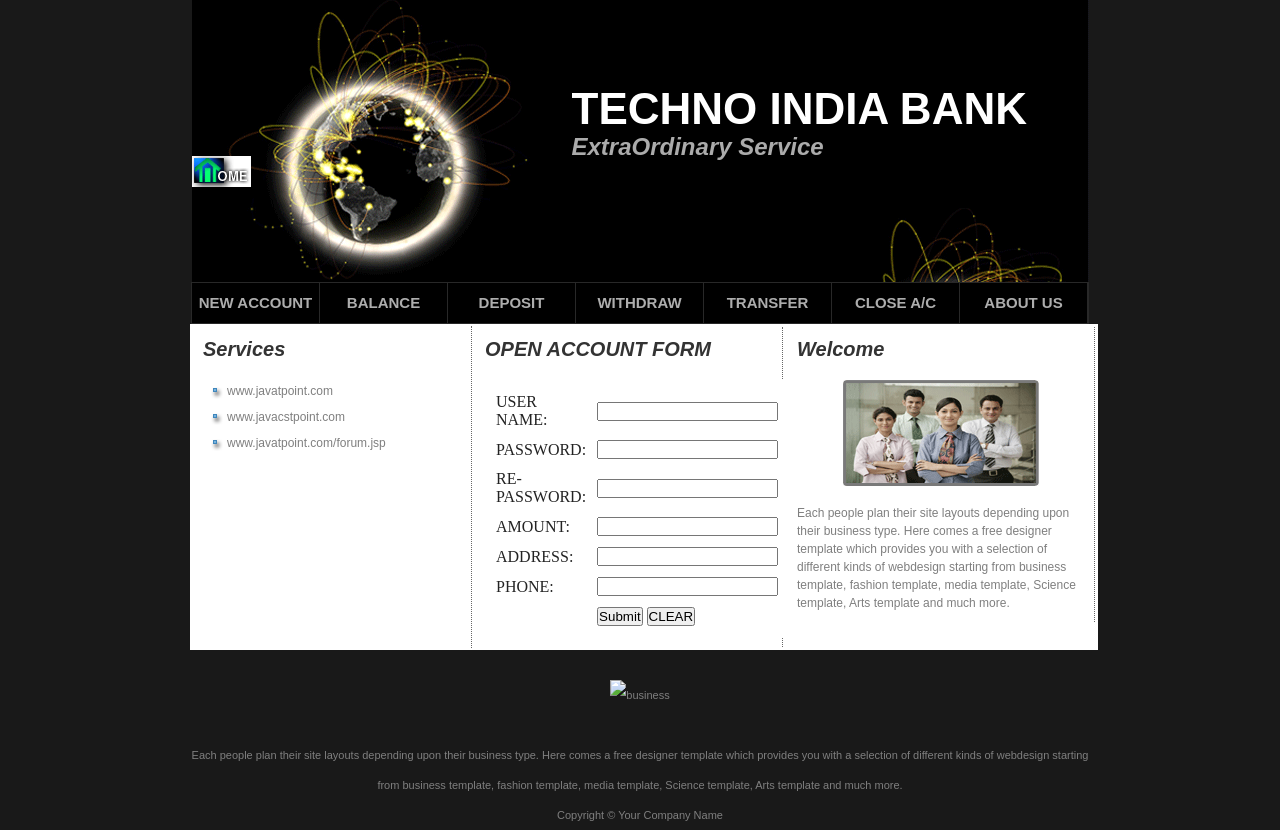
Repository: subhamsourabh265/collegeProjects
Page: OnlineBankingSystems/WebContent/create.html
An editor plug-in stored every save of this project. The page is shown before and after the next save, followed by the edit.
The browser window is 1280 px wide. The pictures show the whole page.

Above is the page before, as saved 2015-11-29 16:00:59.

### OnlineBankingSystems/WebContent/create.html



<!DOCTYPE HTML PUBLIC "-//W3C//DTD HTML 4.01 Transitional//EN" "http://www.w3.org/TR/html4/loose.dtd">
<html>
<head>
<SCRIPT LANGUAGE="JavaScript">
function dil(form)
{
  for(var i=0; i<3; i++)
   {
        if(!isNaN(form.elements[i].value))
		{
		   alert("This Field must be Char's")
		   form.elements[i].value=""
		   form.elements[i].focus()
		   return false
		}
   }
    if(document.F1.password.value!=document.F1.repassword.value)
    {
	   alert("Check Confirm PWD");
	   document.F1.repassword.value=""
	   document.F1.repassword.focus()
	   return false
	}


	if(!isNaN(document.F1.phone.value))
   {
	   if(document.F1.phone.value >9999999999 )
	   {
		 alert("ye kabhi nhi aayegi")
		 document.F1.phone.value=""
		 document.F1.phone.focus()
         return false
	   }
   }
   else
   {
       alert("This  field  must  be  number")
	   document.F1.phone.value=""
	   return false
   }




   if(!isNaN(document.F1.amount.value))
   {
	   if(document.F1.amount.value < 500)
	   {
		 alert("Minimum Balance should be 500 /-")
		 document.F1.amount.value=""
		 document.F1.amount.focus()
         return false
	   }
   }
   else
   {
       alert("This  field  must  be  number")
	   document.F1.amount.value=""
	   return false
   }



   for(var i=0; i<form.elements.length; i++)
   {
		if(form.elements[i].value == "")
		{
		   alert("Fill out all Fields")
		   document.F1.username.focus()
		   return false
		}
   }



   return true
   }
</SCRIPT>

<meta http-equiv="Content-Type" content="text/html; charset=utf-8">
<title>Online Banking ..</title>
<link href="style.css" rel="stylesheet" type="text/css">
<script type="text/javascript">
function ctck()
{
var sds = document.getElementById("dum");

}
</script>

</head>

<body>

<div id="top_links">


<div id="header">
	<h1>TECHNO  INDIA  BANK<span class="style1"></span></h1>
    <h2>ExtraOrdinary Service</h2>
    <A href="index.html"><IMG SRC="images/home1.gif"></IMG></A>
</div>

<div id="navigation">
    <ul>
    <li><a href="create.html">NEW ACCOUNT</a></li>
    <li><a href="balance1.jsp">BALANCE</a></li>
    <li><a href="deposit1.jsp">DEPOSIT</a></li>
    <li><a href="withdraw1.jsp">WITHDRAW</a></li>
    <li><a href="transfer1.jsp">TRANSFER</a></li>
    <li><a href="closeac1.jsp">CLOSE A/C</a></li>
    <li><a href="about.jsp">ABOUT US</a></li>
    </ul>
</div>



<table style="width:897px; background:#FFFFFF; margin:0 auto;">
<tr >
	<td width="300" valign="top" style="border-right:#666666 1px dotted;">
    	<div id="services"><h1>Services</h1><br>
		    <ul>
        	<li><a href="#">www.javatpoint.com</a></li>
            <li><a href="#">www.javacstpoint.com </a></li>
            <li><a href="#">www.javatpoint.com/forum.jsp</a></li>
            </ul>

       </div>
	</td>

    <td width="1200" valign="top">
    	<div id="welcome" style="border-right:#666666 1px dotted;"><h1>OPEN ACCOUNT FORM</h1><br>
    	    <table  align="center" bgcolor="white">
		<tr>

		</tr>
		<tr>
			<td>
				<form name=F1 onSubmit="return dil(this)" action="CreateServlet" >
				  <table cellspacing="5" cellpadding="3">

					<tr><td>USER NAME:</td><td> <input type="text" name="username"/></td></tr>
					<tr><td>PASSWORD:</td><td> <input type="password" name="password"/></td></tr>
					<tr><td>RE-PASSWORD:</td><td> <input type="password" name="repassword"/></td></tr>
					<tr><td>AMOUNT:</td><td> <input type="text" name="amount"/></td></tr>
					<!-- Gender:<br/><br/>
					Male<input type="radio" name="gender" value="male"> Female<input type="radio" name="gender" value="female"/><br/><br/> -->
					<tr><td>ADDRESS:</td><td> <input type="text" name="adderess"/></td></tr>
					<tr><td>PHONE:</td><td> <input type="text" name="phone"/></td></tr>
					<tr><td></td><td><input type="submit" value="Submit"/>

					<INPUT TYPE=RESET VALUE="CLEAR"></td></tr>
					</table>
               		</form>
			</td>
		</tr>

	</table>
    	   </div>
    </td>

   <td width="299" valign="top">
    	<div id="welcome" style="border-right:#666666 1px dotted;"><h1>Welcome</h1><br>
    	    <center><img src="images/globe_10.gif" alt="business" width="196" height="106"></center><br>
		    <p>Each people plan their site layouts depending upon their business type. Here comes a free designer template which provides you with a selection of different kinds of webdesign   starting from business template, fashion template, media template, Science template, Arts template and much more.</p>

	    </div>
    </td>


</tr></table>

<div id="footer_top">
  <div id="footer_navigation">


  </div>

  <div id="footer_copyright" >

    	    <center><img  alt="business"  width="196" height="106"></center><br>
		    <p>Each people plan their site layouts depending upon their business type. Here comes a free designer template which provides you with a selection of different kinds of webdesign   starting from business template, fashion template, media template, Science template, Arts template and much more.</p>

  Copyright © Your Company Name</div>
</div>

<script type="text/javascript">
document.onload = ctck();
</script>
</div>

</body>
</html>

### OnlineBankingSystems/WebContent/style.css
@charset "utf-8";
/* CSS Document */

body{
	margin:0;
	color:#232323;
	background:#191919;
}
div, h1, h2, h3, h4, p, form, label, input, textarea, img, span{
	margin:0; padding:0;
}

ul{
	margin:0;
	padding:0;
	list-style-type:none;
	font-size:0;
	line-height:0;
}


.spacer{
	clear:both;
	font-size:0;
	line-height:0;
}
.more
{
font:normal 11px/18px Arial, Helvetica, sans-serif;
color:#00d09d;
text-decoration:none;
padding-left:230px;
}
.style1{color:#00d09d;}
/*------------------------------------------------body--------------------*/

#top_links
{
margin:0 auto;
padding:0px;
width:900px;
height:40px;
}
#top_linksin
{
padding:10px 0 0 0;
width:310px;
height:18px;
float:right;
}

#top_linksin ul
{
list-style:none;
margin:0 0 0 40px;
}
#top_linksin ul li
{
font:normal 11px/10px Arial, Helvetica, sans-serif;
color:#FFFFFF;
border-right:#7f7f7f 1px solid;
padding:0 15px;
float:left;
}
#top_linksin ul li a
{
text-decoration:none;
display:block;
color:#7f7f7f;
}
#top_linksin ul li a:hover
{
text-decoration:none;
display:block;
color:#FFFFFF;
}

#header
{
margin:0 auto;
background:#000 url(images/globe_03.gif) 0 0 no-repeat;
width:897px;
height:282px;
}
#header h1
{
font:bold 44px/18px Arial, Helvetica, sans-serif;
color:#FFFFFF;
padding:100px 0 0 380px;
}
#header h2
{
font:bold italic 24px/18px Arial, Helvetica, sans-serif;
color:#ababab;
padding:20px 0 0 380px;
}

#navigation
{
margin:0 auto;
width:896px;
height:40px;
background:#000;
border:1px solid #282828;
}
#navigation ul
{
list-style:none;
}
#navigation ul li
{
color:#adadad;
float:left;
text-align:center;
font:bold 15px/40px Arial, Helvetica, sans-serif;
width:127px;
border-right:1px solid #282828;
}
#navigation ul li a
{
text-decoration:none;
display:block;
color:#adadad;
}
#navigation ul li a:hover
{
color:#FFFFFF;
}
#navigation ul li.last
{
border:none;
float:left;
}

#content1
{
width:897px;
margin:0 auto;
background:url(images/globe_05.jpg) 0 0 repeat-y;
}
#content1 h1
{
font:bold italic 22px/79px Arial, Helvetica, sans-serif;
color:#ffffff;
padding-left:30px;
}
#content1 p
{
font:normal 12px/18px Arial, Helvetica, sans-serif;
color:#b2b2b2;
padding:5px 15px 0 15px;
}
.con
{
background:url(images/globe_06.jpg) 0 0 repeat-y;
width:290px;
}
#heade1
{
width:167px;
height:79px;
background:url(images/image_03.gif) 20px 10px no-repeat;
padding-left:90px;
}
#heade2
{
width:167px;
height:79px;
background:url(images/image_04.gif) 20px 10px no-repeat;
padding-left:90px;
}
#heade3
{
width:167px;
height:79px;
background:url(images/image_05.gif) 20px 5px no-repeat;
padding-left:90px;
}
#services
{
width:257px;
padding:10px;
}
#services h1
{
font:bold italic 20px/25px Arial, Helvetica, sans-serif;
color:#333333;
}
#services ul
{
list-style:none;
margin-left:8px;
}
#services ul li
{
font:normal 12px/22px Arial, Helvetica, sans-serif;
color:#FFFFFF;
display:block;
padding:0 0 4px 16px;
background:url(images/bullet.png) left center no-repeat;
}
#services ul li a
{
text-decoration:none;
display:block;
color:#7f7f7f;
}
#services ul li a:hover
{
text-decoration:none;
display:block;
color:#000000;
}
#welcome
{
width:287px;
padding:10px;
}
#welcome h1
{
font:bold italic 20px/25px Arial, Helvetica, sans-serif;
color:#333333;
}
#welcome p
{
font:normal 12px/18px Arial, Helvetica, sans-serif;
color:#7f7f7f;
}
#news
{
width:257px;
padding:10px;
}
#news h1
{
font:bold italic 20px/25px Arial, Helvetica, sans-serif;
color:#333333;
}
.img
{
float:left;
padding-right:10px;
}
#news h2
{
font:bold 12px/18px Arial, Helvetica, sans-serif;
color:#333333;
}
#news p
{
font:normal 12px/18px Arial, Helvetica, sans-serif;
color:#7f7f7f;
}

#footer_navigation
{
width:500px;
height:30px;
margin:0 auto;
}
#footer_navigation ul li
{
width:80px;
font: normal 12px/30px Arial, Helvetica, sans-serif;
color:#7d9942;
float:left;
}
#footer_navigation ul li a
{
text-decoration:none;
color:#7f7f7f;
height:30px;
}
#footer_navigation ul li a:hover
{
text-decoration:none;
color:#ffffff;
height:49px;
}
#footer_copyright
{
color: #7f7f7f;
font: normal 11px/30px Arial, Helvetica, sans-serif;
margin:0 auto;
text-align:center;
}

#footer_design
{
color: #ffffff;
font: normal 11px/25px Arial, Helvetica, sans-serif;
margin:0 auto;
text-align:center;
width:100%;
background:#000000;
}
#footer_design a
{
color: #b6ff06;
text-decoration:none;
}
#footer_design a:hover
{
color: #b6ff06;
text-decoration:underline;
}

After the next save:
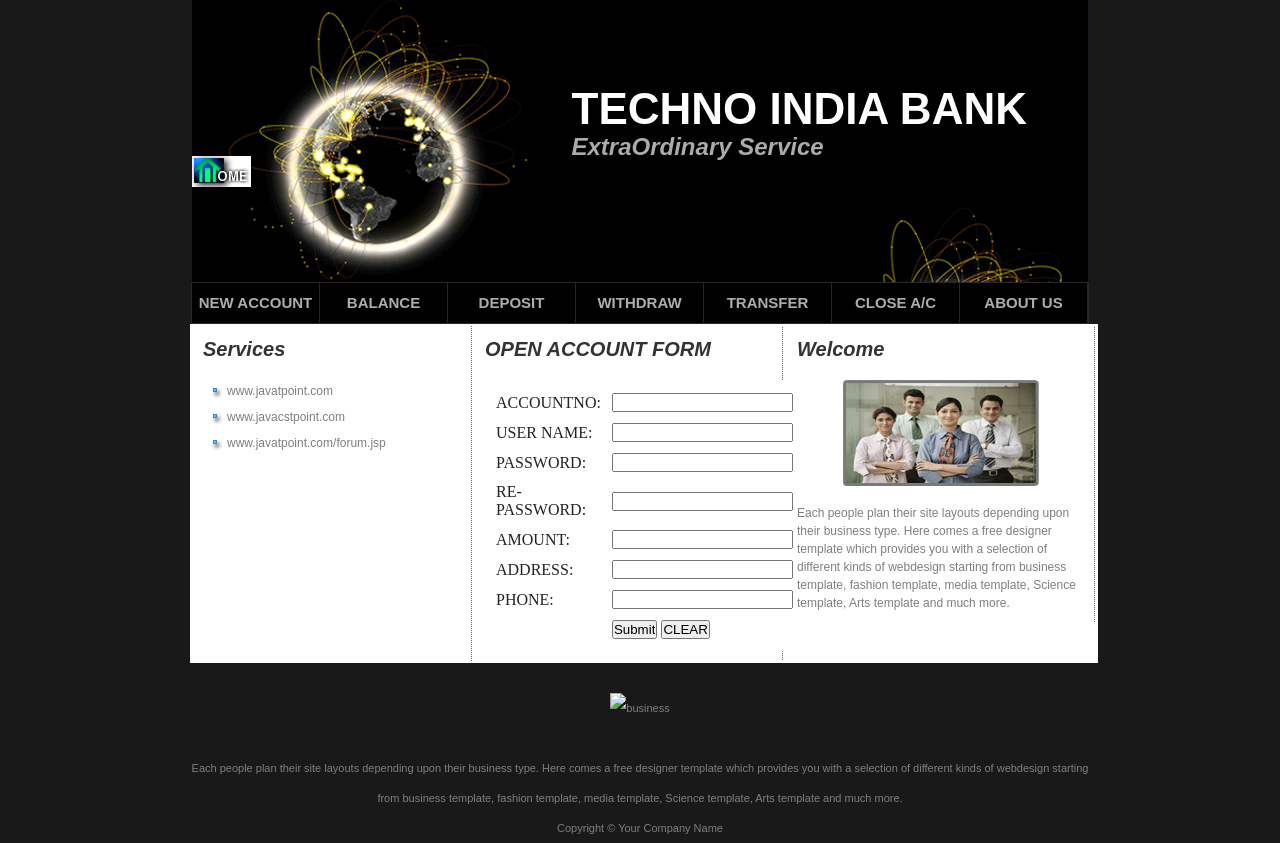
Saved 6 min 15 s later.
--- a/OnlineBankingSystems/WebContent/create.html
+++ b/OnlineBankingSystems/WebContent/create.html
@@ -142,7 +142,7 @@
 			<td>
 				<form name=F1 onSubmit="return dil(this)" action="CreateServlet" >
 				  <table cellspacing="5" cellpadding="3">
-
+				    <tr><td>ACCOUNTNO:</td><td> <input type="text" name="accountno"/></td></tr>
 					<tr><td>USER NAME:</td><td> <input type="text" name="username"/></td></tr>
 					<tr><td>PASSWORD:</td><td> <input type="password" name="password"/></td></tr>
 					<tr><td>RE-PASSWORD:</td><td> <input type="password" name="repassword"/></td></tr>
